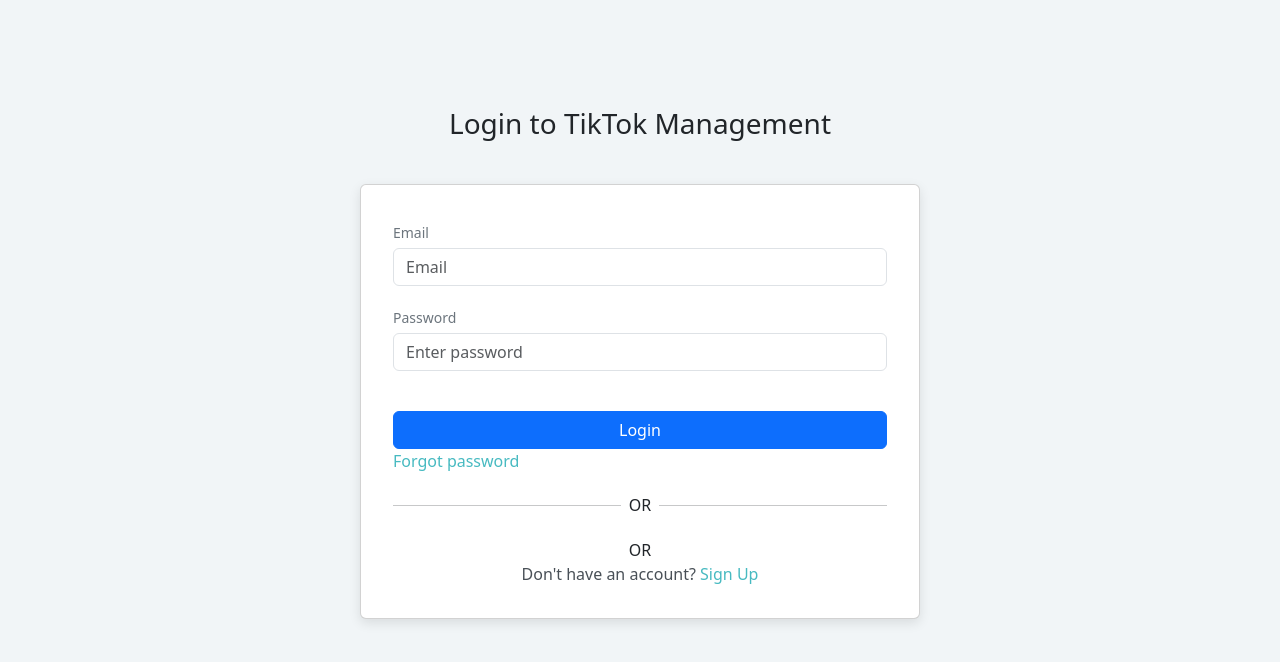
Repository: chaolaolo/tikcrm-fe
Page: /
The author's editor kept a copy of each file at every save. The page is drawn from the files as they stood at one save, then again after the next save.
The browser window is 1280 px wide. The pictures show the whole page.
The project was rebuilt for these pictures with package versions that can differ from the ones it lists, and the page was loaded fresh each time. Also part of the build but not shown: vite.config.ts, src/pages/Home/Settings.tsx, src/pages/Home/HomePage.tsx. Imported but missing from the stored project, and not drawn on this page: src/pages/Home/Dashboard, src/pages/Register/RegisterPage.

Above is the page before, as saved 2025-05-22 22:52:28.

### src/main.tsx
import React, { StrictMode } from 'react'
import ReactDOM from 'react-dom/client';
import { createRoot } from 'react-dom/client'
import './index.css'
import { BrowserRouter } from 'react-router-dom';
import { AuthProvider } from './store/AuthContext.tsx';
import App from './App.tsx'
import 'antd/dist/reset.css';
import 'bootstrap/dist/css/bootstrap.min.css';
import 'bootstrap/dist/js/bootstrap.bundle.min.js';

ReactDOM.createRoot(document.getElementById('root')!).render(
  <React.StrictMode>
    <AuthProvider>
      <BrowserRouter>
        <App />
      </BrowserRouter>
    </AuthProvider>
  </React.StrictMode>
)

### src/store/AuthContext.tsx
import React, { createContext, useContext, useState, type ReactNode } from 'react';

interface AuthContextProps {
  isLoggedIn: boolean;
  login: () => void;
  logout: () => void;
}

const AuthContext = createContext<AuthContextProps | undefined>(undefined);

export const AuthProvider = ({ children }: { children: ReactNode }) => {
  const [isLoggedIn, setIsLoggedIn] = useState(false);

  const login = () => setIsLoggedIn(true);
  const logout = () => setIsLoggedIn(false);

  return (
    <AuthContext.Provider value={{ isLoggedIn, login, logout }}>
      {children}
    </AuthContext.Provider>
  );
};

export const useAuth = () => {
  const context = useContext(AuthContext);
  if (!context) throw new Error('useAuth must be used within AuthProvider');
  return context;
};

### src/App.tsx
import { useState } from 'react'
import reactLogo from './assets/react.svg'
import viteLogo from '/vite.svg'
import './App.css'
import { useAuth } from './store/AuthContext';
import { Navigate, Route, Routes } from 'react-router-dom';
import LoginPage from './pages/Auth/LoginPage';
import RegisterPage from './pages/Register/RegisterPage';
import HomePage from './pages/Home/HomePage';
import 'bootstrap/dist/css/bootstrap.min.css';
import 'bootstrap/dist/js/bootstrap.bundle.min.js';
import 'antd/dist/reset.css'

const App = () => {
  const { isLoggedIn } = useAuth();

  return (
    <Routes>
      <Route path="/login" element={<LoginPage />} />
      <Route path="/register" element={<RegisterPage />} />
      <Route path="/forgot-password" element={<RegisterPage />} />
      <Route
        path="/home/*"
        element={isLoggedIn ? <HomePage /> : <Navigate to="/login" />}
      />
      <Route path="*" element={<Navigate to={isLoggedIn ? "/home" : "/login"} />} />
    </Routes>
  );
};

export default App;

### src/pages/Auth/LoginPage.tsx
import React from 'react';
import 'bootstrap/dist/css/bootstrap.min.css';
import { Link } from 'react-router-dom';
import Divider from '../../core/Divider/Divider';

const LoginPage: React.FC = () => {
  return (
    <div style={{
      backgroundColor: '#f1f5f7', // Màu light của Bootstrap
      position: 'fixed',
      top: 0,
      left: 0,
      right: 0,
      bottom: 0,
      overflow: 'auto'
    }}>
      <div className="d-flex justify-content-center align-items-center min-vh-100 p-3">
        <div className="w-100" style={{ maxWidth: '600px', }}>
          <p className="text-center mb-8 fs-3 fw-normal">Login to TikTok Management</p>
          <div className="card p-8 " style={{
            marginTop: '40px',
            marginLeft: '20px',
            marginRight: '20px',
            backgroundColor: 'white',
            boxShadow: '0 4px 12px rgba(0, 0, 0, 0.1)'
          }}>
            <form>
              <div className="mb-3 text-start">
                <label htmlFor="email" className="col-sm-2 col-form-label col-form-label-sm text-secondary">Email</label>
                <input
                  type="email"
                  className="form-control"
                  id="email"
                  placeholder="Email"
                />
              </div>

              <div className="mb-3 text-start">
                <label htmlFor="password" className="col-sm-2 col-form-label col-form-label-sm text-secondary">Password</label>
                <input
                  type="password"
                  className="form-control"
                  id="password"
                  placeholder="Enter password"
                />
              </div>

              <button type="submit" className="btn btn-primary w-100 mt-4">Login</button>

              <div className="mb-3 text-start">
                <Link to="/forgot-password"
                  className="text-decoration-none fw-normal" style={{ fontSize: '16px', color: '#47bac1'}}>
                  Forgot password
                </Link>
                {/* <a href="#forgot-password" className=" text-decoration-none">Forgot password</a> */}
              </div>

              <div className="d-flex align-items-center mb-3">
                <hr className="flex-grow-1" />
                <span className="px-2 text-gray-300">OR</span>
                <hr className="flex-grow-1" />
              </div>
              <Divider text="OR" />

              <div className="text-center">
                <span className='text-light-emphasis'>Don't have an account? </span>
                <Link to="/register"
                  className="text-decoration-none  fw-normal" style={{ fontSize: '16px' , color: '#47bac1'}}>
                  Sign Up
                </Link>
                {/* <a href="#signup" className="text-decoration-none">Sign up</a> */}
              </div>
            </form>
          </div>
        </div>
      </div>
    </div>
  );
};

export default LoginPage;

### src/core/Divider/Divider.tsx
// import "./styles.scss"

export default function Divider({ text }: { text: string }) {
    return (
        <div className="divider">
            <div className="divider-line"></div>
            <span className="divider-text text-sm text-gray-500">{text}</span>
            <div className="divider-line"></div>
        </div>
    )
}

Loaded but not shown: index.html (common file); src/index.css (common file); src/App.css (common file)

After the next save:
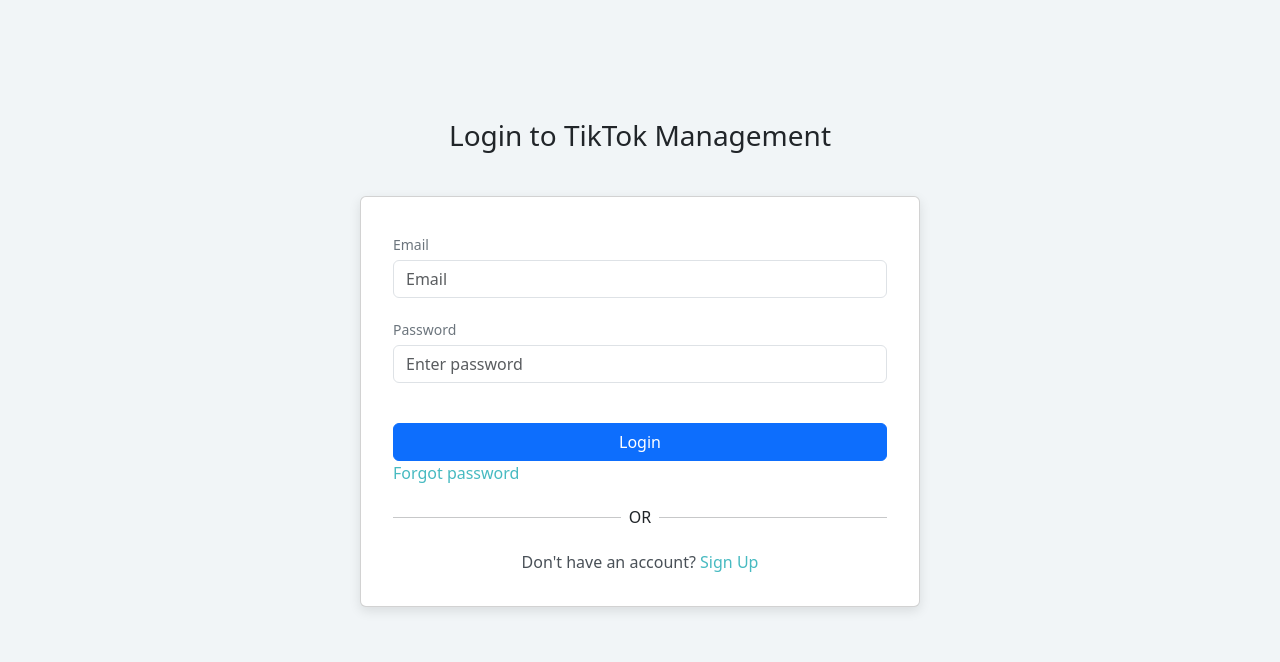
Saved 12 s later.
--- a/src/pages/Auth/LoginPage.tsx
+++ b/src/pages/Auth/LoginPage.tsx
@@ -57,10 +57,9 @@
 
               <div className="d-flex align-items-center mb-3">
                 <hr className="flex-grow-1" />
-                <span className="px-2 text-gray-300">OR</span>
+                <span className="px-2 text-gray-100">OR</span>
                 <hr className="flex-grow-1" />
               </div>
-              <Divider text="OR" />
 
               <div className="text-center">
                 <span className='text-light-emphasis'>Don't have an account? </span>
